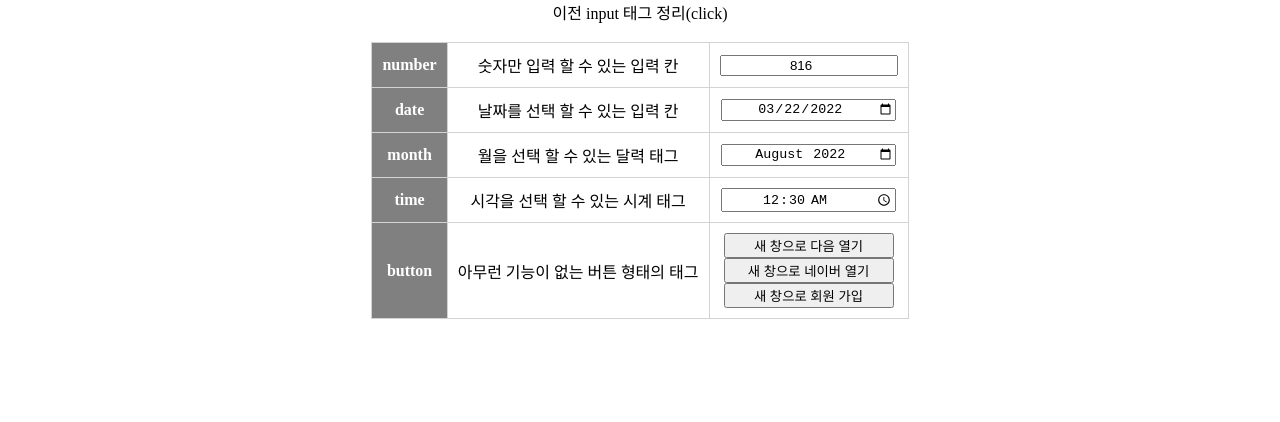
Repository: itkezi/HTML_2022_505
Page: Web/WebContent/HTML/0322_form.html
An editor plug-in stored every save of this project. The page is shown before and after the next save, followed by the edit.
The browser window is 1280 px wide. The pictures show the whole page.

Above is the page before, as saved 2022-03-22 07:51:48.

### Web/WebContent/HTML/0322_form.html
<!DOCTYPE html>
<html>
<head>
<meta charset="UTF-8">
<title>추가 input 태그</title>
<style>
h3 { color:blue } /* 내부스타일 */
input { width: 170px; text-align: center; }
</style>
<!--  외부스타일 -->
<link rel='stylesheet' href='../css/common.css'>
</head>
<body>
<a style='color:inherit; text-decoration: none'
   href="http://localhost:8080/Web/HTML/0321_form.html"> 이전 input 태그 정리(click)</a>
   <br><br>
<table>
	<tr><th>number</th>
		<td>숫자만 입력 할 수 있는 입력 칸</td>
		<td><input type='number' min='0' max='1000' value='816' step='2'>
		<!--
			- min/max 값을 정해 놔도 다른 값이 입력됨 : 추후 프로그램으로 보정해야함
			- step은 입력 배수
		--></td>
	</tr>
	<tr><th>date</th>
		<td>날짜를 선택 할 수 있는 입력 칸</td>
		<td><input type='date' value='2022-03-22'>
		<!--
			- 여기서 value값은 화면에 보이는 날짜
			- 매일 날짜를 다르게 하려면 (ex 매일 오늘 날짜) 프로그램 보정
		--></td>
	</tr>
	<tr><th>month</th>
		<td>월을 선택 할 수 있는 달력 태그</td>
		<td><input type='month' value='2022-08'></td>
	</tr>
	<tr><th>time</th>
		<td>시각을 선택 할 수 있는 시계 태그</td>
		<td><input type='time' value='00:30'>
	</tr>
	<tr>
		<th>button</th>
		<td>아무런 기능이 없는 버튼 형태의 태그</td>
		<td><input type='button' value='새 창으로 다음 열기' onclick='alert("GuRa")'><br>
			<input type='button' value='새 창으로 네이버 열기'
					onclick='window.open("http://naver.com")'><br>
			<input type='button' value='새 창으로 회원 가입' onclick='window.open("./0321_EX.html")'></td>
			<!--
				- 눌렀을 때 생기는 이벤트가 있음
				- 명명() :  함수 = 명명된 함수를 호출한다
				- window.open(URL)
				- window.open(URL, 창이름)
				- 창이름 : 창이름, target의 형태를 지정할 수 있다.
			-->
	</tr>

</table><br>
</body>
</html>

### Web/WebContent/css/common.css
@charset "UTF-8";
body { text-align: center; margin:0 auto; }
table { border-collapse: collapse; margin : auto;}
th, td { border: 1px solid lightgray; padding: 10px ; text-align: center; margin:0 auto}
th {	background-color: gray; color:white; }
ul {list-style-type:none; padding :0}

After the next save:
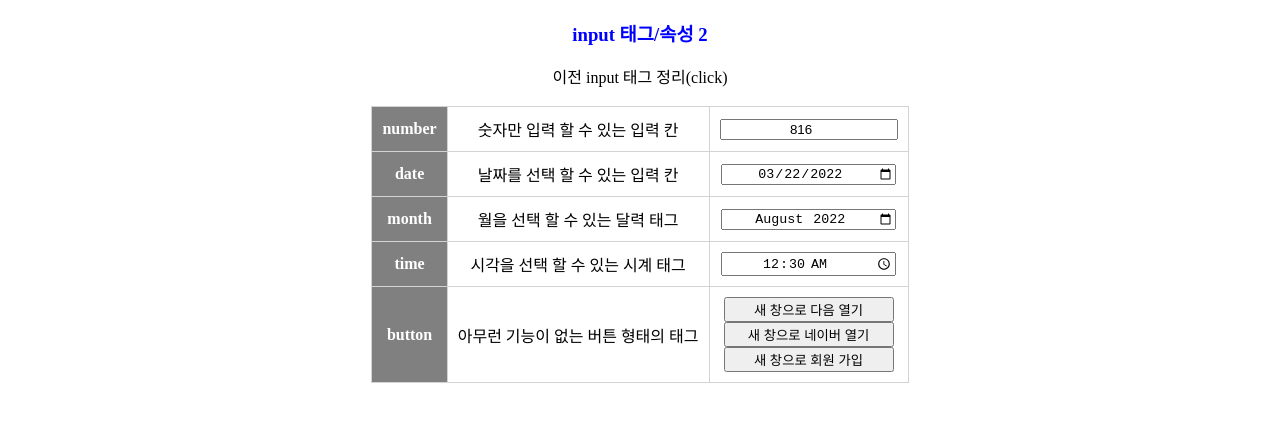
Saved 32 s later.
--- a/Web/WebContent/HTML/0322_form.html
+++ b/Web/WebContent/HTML/0322_form.html
@@ -11,6 +11,7 @@ input { width: 170px; text-align: center; }
 <link rel='stylesheet' href='../css/common.css'>
 </head>
 <body>
+<h3>input 태그/속성 2</h3>
 <a style='color:inherit; text-decoration: none'
    href="http://localhost:8080/Web/HTML/0321_form.html"> 이전 input 태그 정리(click)</a>
    <br><br>
